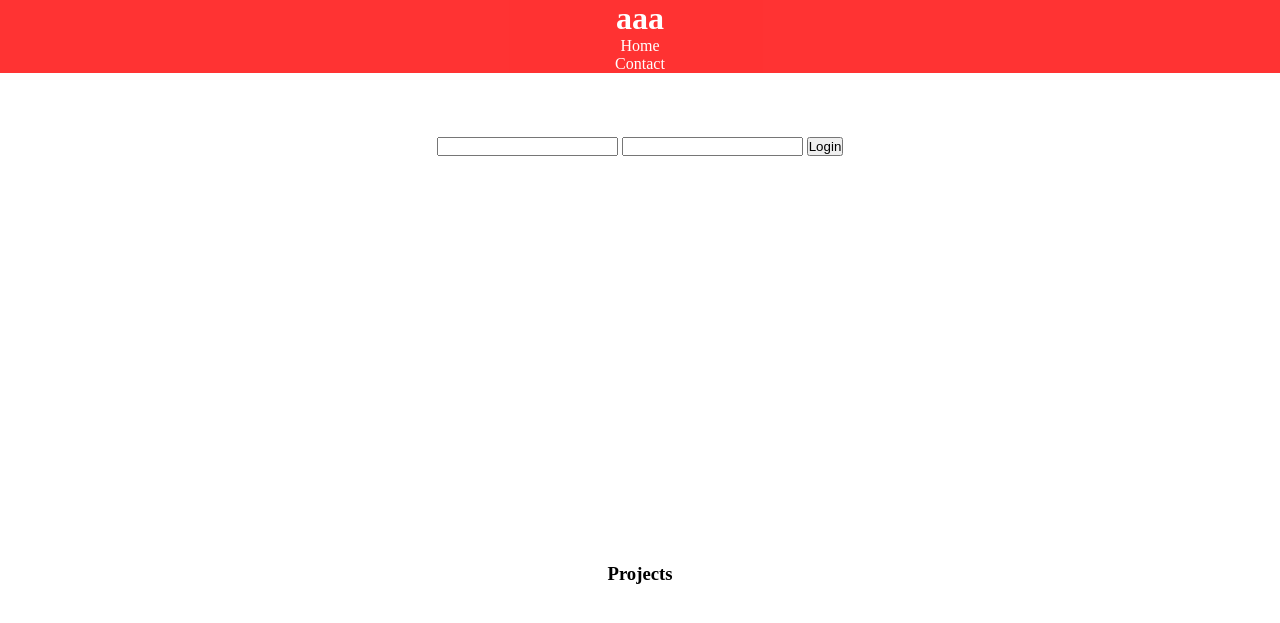
Repository: haakanerol/haakanerol
Page: Js.ass1/index.html
The author's editor kept a copy of each file at every save. The page is drawn from the files as they stood at one save, then again after a run of saves.
The browser window is 1280 px wide. The pictures show the whole page.

Above is the page before, as saved 2024-02-25 15:53:15.

### Js.ass1/index.html
<!DOCTYPE html>
<html lang="en">
<head>
    <meta charset="UTF-8">
    <meta name="viewport" content="width=device-width, initial-scale=1.0">
    <title>Document</title>
    <style>
        * {
            margin: 0;
            padding: 0;
            box-sizing: border-box;
        }
        main {
            display: flex;
            flex-direction: column;
            justify-content: space-between;
            align-items: center;
            height: 80vh;
            padding: 4rem;
        }
    </style>
</head>
<body>
    <header class="header">
        <h1 id="title">aaa</h1>
        <nav>
            <ul class="nav-item">
                <li id="home">Home</li>
                <li>Contact</li>
            </ul>
        </nav>
    </header>
    <main>
        <section>
            <input type="text" id="username">
            <input type="password" id="password">
            <button class="btn">Login</button>
        </section>
        <section id="projects">
            <h3>Projects</h3>
            <ul>
            </ul>
        </section>
    </main>
    <script src="app.js"></script>
</body>
</html>

### Js.ass1/app.js
newHeader = document.querySelector(".header")
newHeader.style.backgroundColor = "red"
newHeader.style.opacity = "0.8"
newHeader.style.color = "white"
newHeader.style.textAlign = "center"

After the next 3 saves:
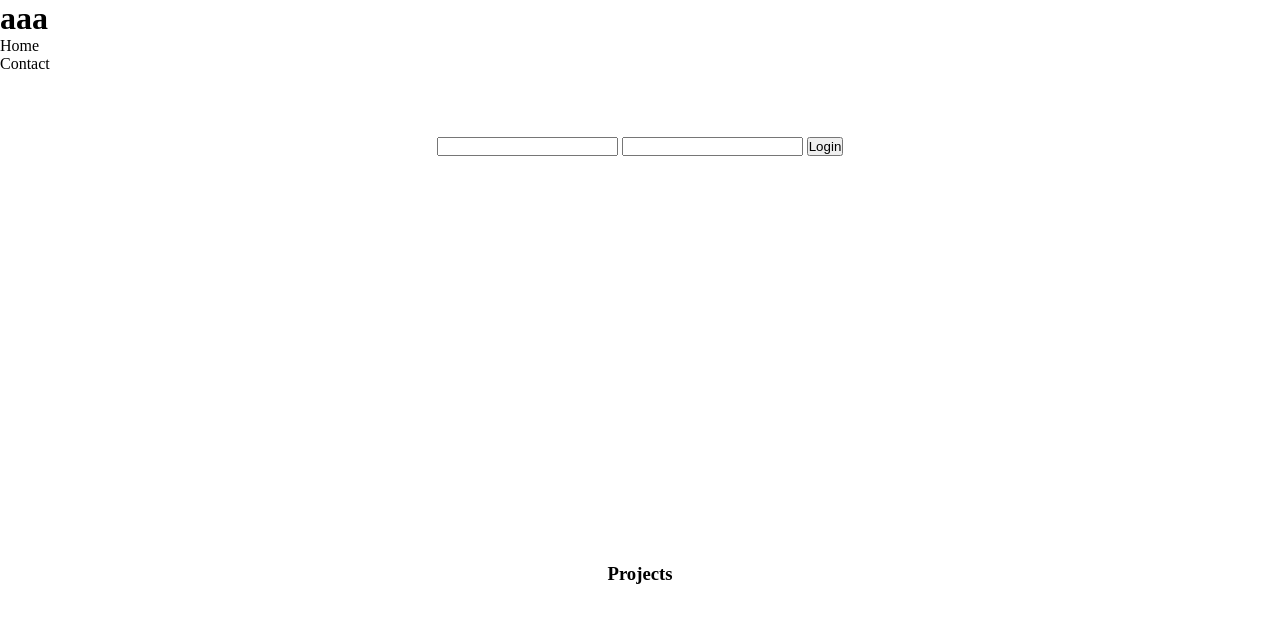
Console error: SyntaxError: Unexpected end of input
The 3 saves are shown as one change because they came seconds apart.
The last was saved 17 s later.
--- a/Js.ass1/app.js
+++ b/Js.ass1/app.js
@@ -3,3 +3,5 @@ newHeader.style.backgroundColor = "red"
 newHeader.style.opacity = "0.8"
 newHeader.style.color = "white"
 newHeader.style.textAlign = "center"
+
+NewTitle =

After the 6 saves that followed:
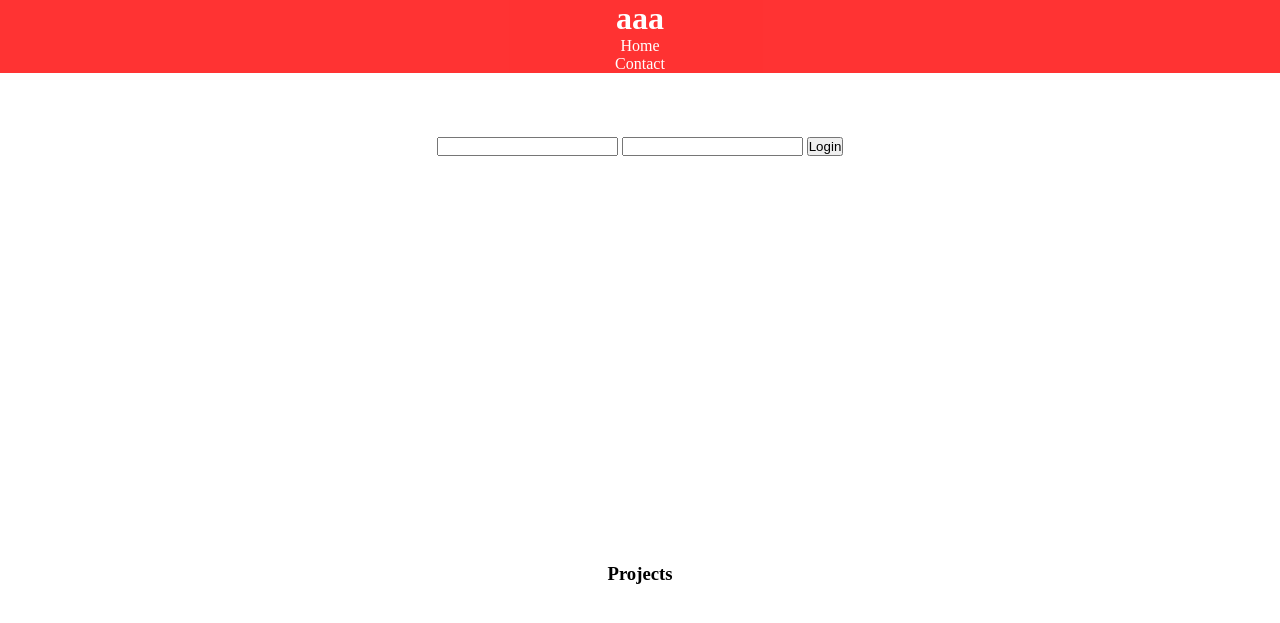
The error is gone.
The 6 saves are shown as one change because 1 left the picture as it was and some came seconds apart.
The last was saved 23 s later.
--- a/Js.ass1/app.js
+++ b/Js.ass1/app.js
@@ -4,4 +4,4 @@ newHeader.style.opacity = "0.8"
 newHeader.style.color = "white"
 newHeader.style.textAlign = "center"
 
-NewTitle =
+NewTitle = document.getElementById
